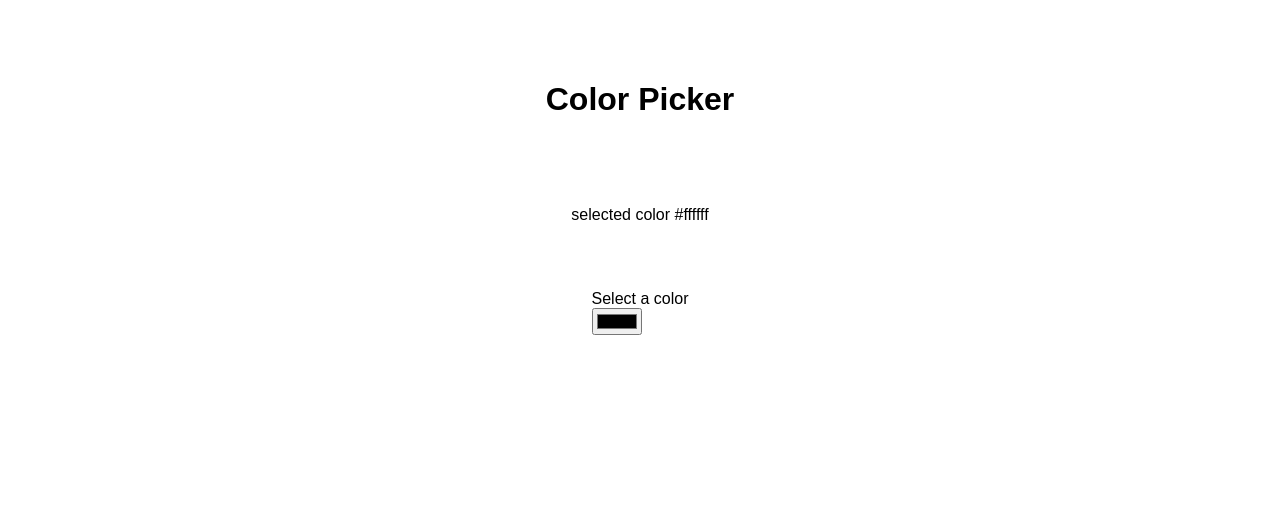
Repository: wakoya-tech/color-picker
Page: /
The author's editor kept a copy of each file at every save. The page is drawn from the files as they stood at one save, then again after the next save.
The browser window is 1280 px wide. The pictures show the whole page.
The project was rebuilt for these pictures with package versions that can differ from the ones it lists, and the page was loaded fresh each time. Also part of the build but not shown: vite.config.js, src/index.css.

Above is the page before, as saved 2025-10-16 20:50:21.

After the next save:
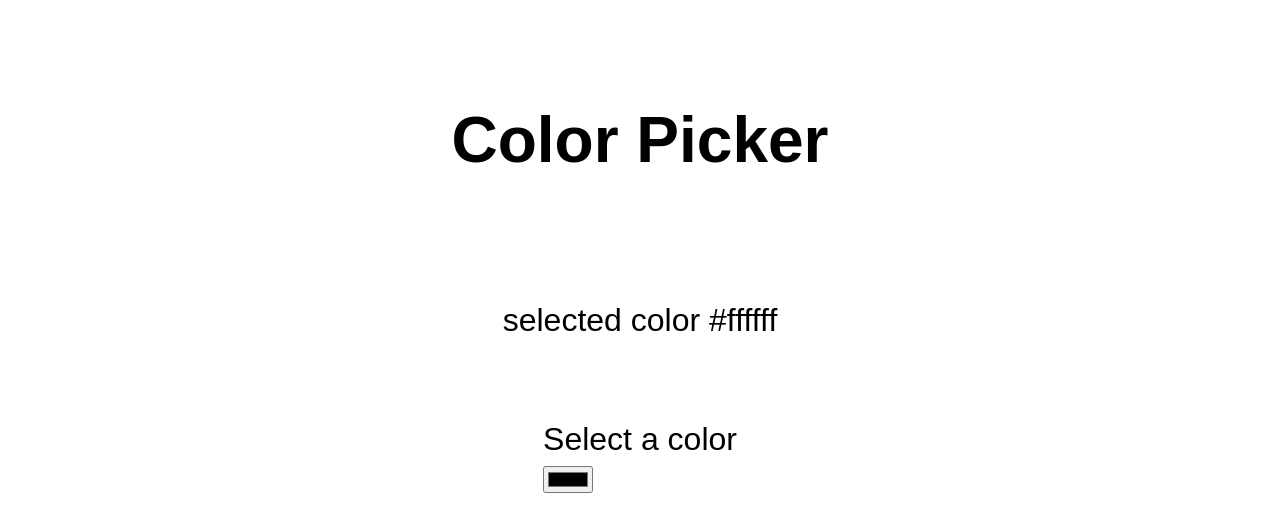
Saved 16 s later.
--- a/src/App.css
+++ b/src/App.css
@@ -9,6 +9,7 @@
 align-items: center;
   padding: 50px;
   margin: 10px;
+  font-size: 2rem;
 }
 .color-display{
   padding: 30px 20px;

After the save that followed:
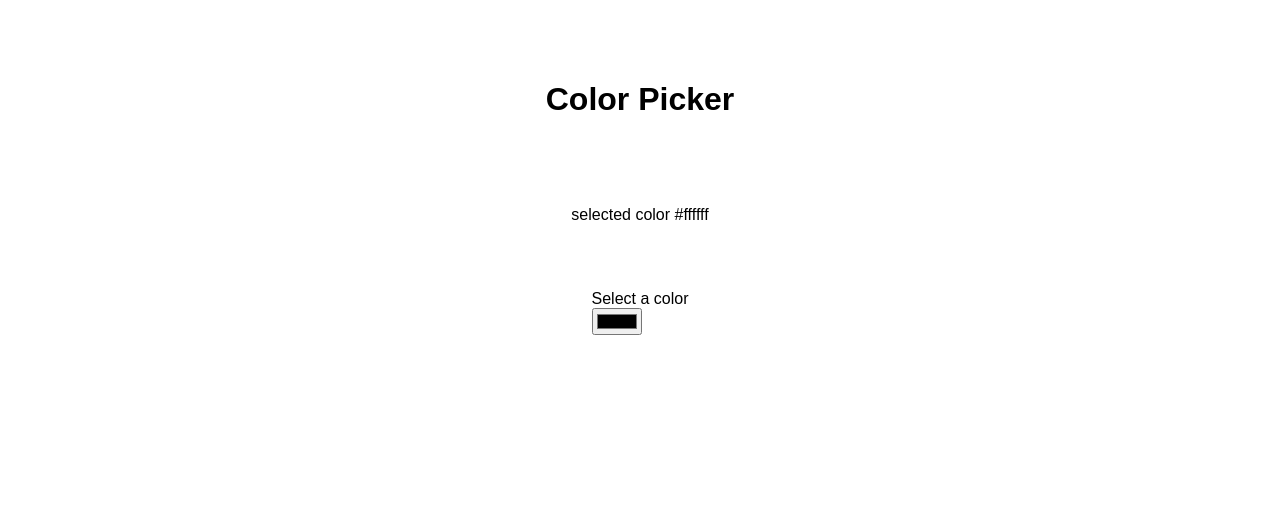
Saved 9 s later.
--- a/src/App.css
+++ b/src/App.css
@@ -9,7 +9,7 @@
 align-items: center;
   padding: 50px;
   margin: 10px;
-  font-size: 2rem;
+  font-size: 1rem;
 }
 .color-display{
   padding: 30px 20px;
